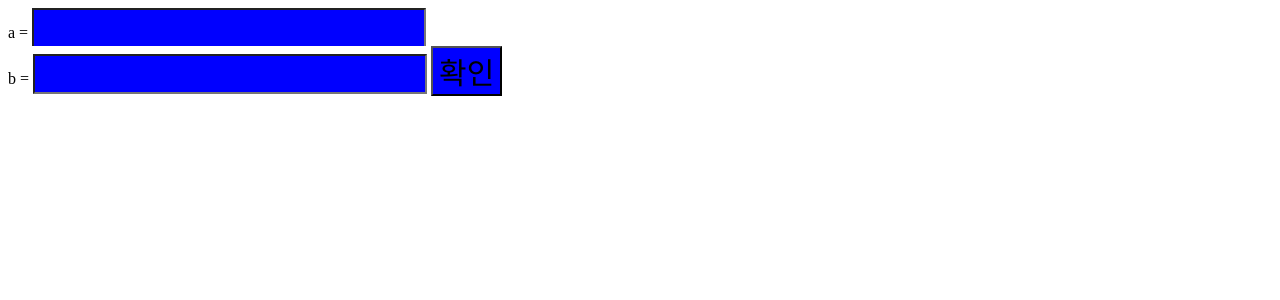
Repository: zero1128/20201113
Page: http://localhost/20201103/b.jsp
These files come from the project's save history. The page is drawn as it stood at one moment and after the next save; the edit follows.
The browser window is 1280 px wide. The pictures show the whole page.
The page is served by Tomcat 9. Other server files are loaded and not shown.

Above is the page before, as saved 2020-11-03 02:36:58.

### 20201103/WebContent/b.jsp
<%@ page language="java" contentType="text/html; charset=UTF-8"
    pageEncoding="UTF-8"%>
<!DOCTYPE html>
<html>
<head>
<meta charset="UTF-8">
<title>Insert title here</title>
<style type="text/css">
	input {
		font-size: 30px;
		background-color: blue;
	}
	#aa{
		border-bottom: 20px;
	}
</style>
</head>
<body>
	<form action="BMove" method="get">
		a = <input type="text" name="a" id="aa"/><br/>
		b = <input type="text" name="b"/>
		<input type="submit" value="확인"/>
	</form>
</body>
</html>

After the next save:
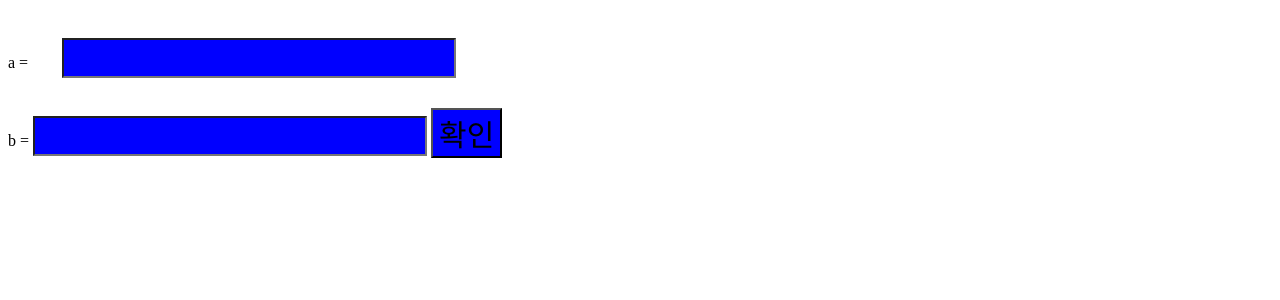
Saved 13 s later.
--- a/20201103/WebContent/b.jsp
+++ b/20201103/WebContent/b.jsp
@@ -11,7 +11,7 @@
 		background-color: blue;
 	}
 	#aa{
-		border-bottom: 20px;
+		margin: 30px;
 	}
 </style>
 </head>
